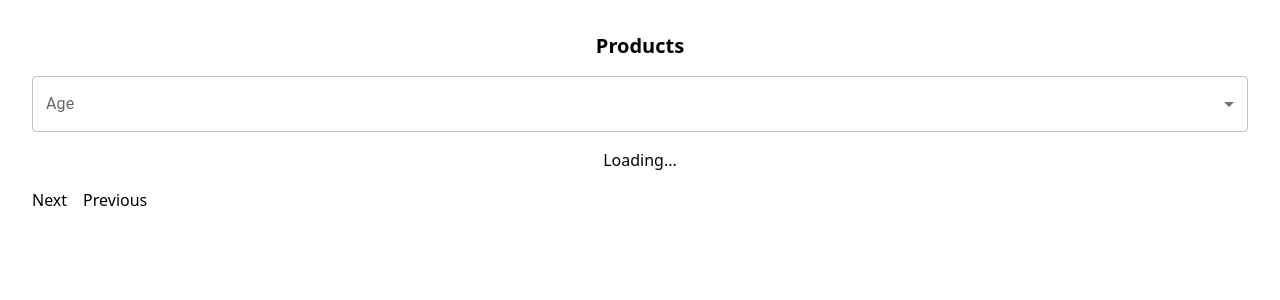
Repository: Hardyy00/2115000424
Page: / (app in question2/)
These files come from the project's save history. The page is drawn as it stood at one moment and after the next save; the edit follows.
The browser window is 1280 px wide. The pictures show the whole page.
The page's requests for data from a server got no answer. The project was rebuilt for these pictures with package versions that can differ from the ones it lists, and the page was loaded fresh each time. No one was signed in, and anything a server would have sent is missing. Also part of the build but not shown: question2/vite.config.ts.

Above is the page before, as saved 2024-07-12 16:39:39.

After the next save:
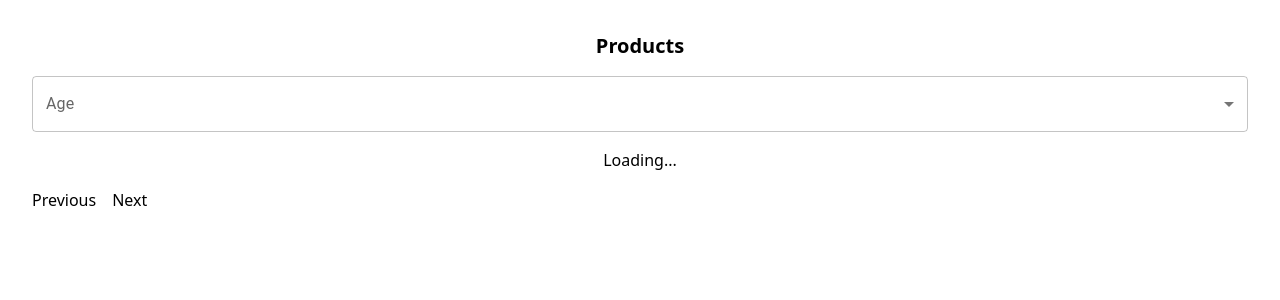
Saved 11 s later.
--- a/question2/src/App.tsx
+++ b/question2/src/App.tsx
@@ -82,10 +82,10 @@ function App() {
 
       <section>
         <div className="flex items-center gap-x-4">
-          <button onClick={() => setCurrentPage((pre) => pre - 1)}>Next</button>
-          <button onClick={() => setCurrentPage((pre) => pre + 1)}>
+          <button onClick={() => setCurrentPage((pre) => pre - 1)}>
             Previous
           </button>
+          <button onClick={() => setCurrentPage((pre) => pre + 1)}>Next</button>
         </div>
       </section>
     </main>
